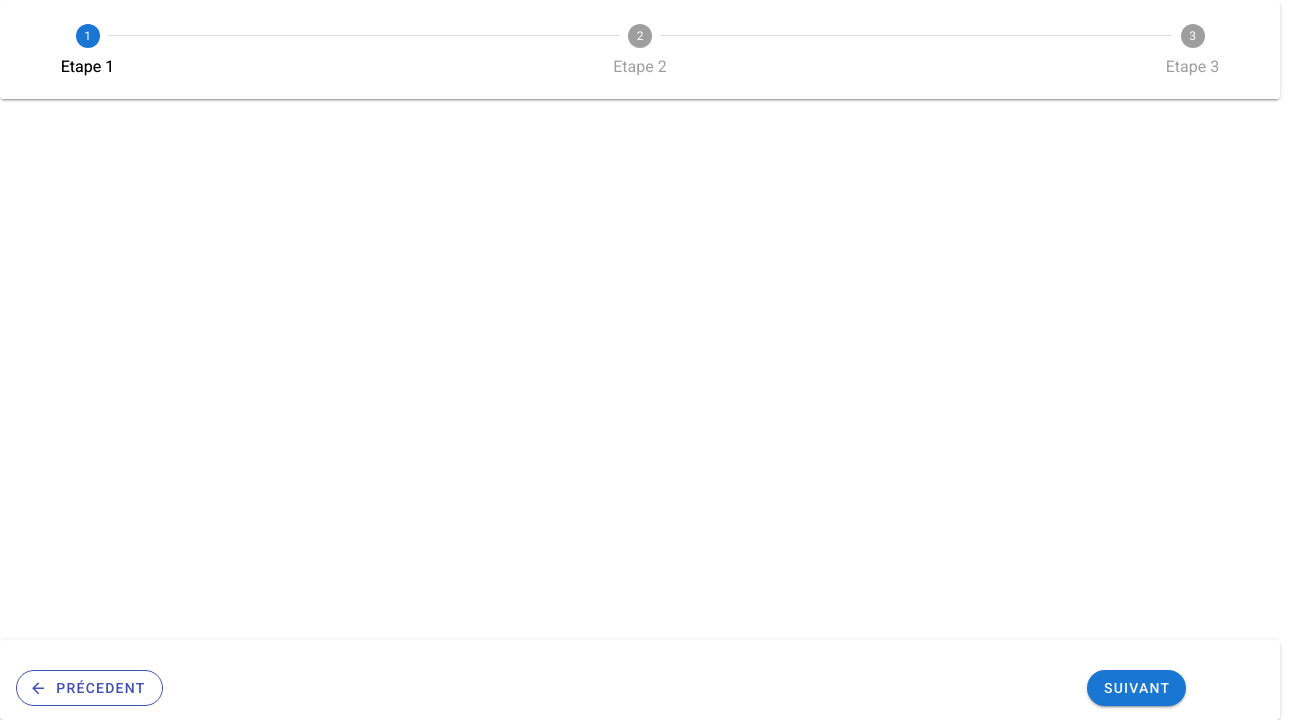
Repository: SidneyHodieb/myc
Page: /addsource
These files come from the project's save history. The page is drawn as it stood at one moment and after the next save; the edit follows.
The browser window is 1280 px wide. The page is 1292 px wide, so the pictures cover 1292 px, including what lies to the right of the window. The pictures show the whole page.
The project was rebuilt for these pictures with package versions that can differ from the ones it lists, and the page was loaded fresh each time. Also part of the build but not shown: vue.config.js, src/views/Home.vue, src/views/addSource/components/format.vue, src/views/addSource/components/card.vue, src/views/addSource/components/trigger.vue.

Above is the page before, as saved 2021-04-07 04:15:49.

### src/main.js
import Vue from 'vue'
import App from './App.vue'
import router from './router'
import store from './store'
import vuetify from './plugins/vuetify';
import vue2Dropzone from 'vue2-dropzone'
import 'vue2-dropzone/dist/vue2Dropzone.min.css'
Vue.component('vueDropzone', vue2Dropzone)

Vue.config.productionTip = false

new Vue({
  router,
  store,
  vuetify,
  render: function (h) { return h(App) }
}).$mount('#app')

### src/App.vue
<template>
  <v-app>
    <v-main>
      <router-view></router-view>
    </v-main>
  </v-app>
</template>

<script>

export default {
  name: 'App',
  data: () => ({
    //
  }),
};
</script>

### src/router/index.js
import Vue from 'vue'
import VueRouter from 'vue-router'
import Home from '../views/Home.vue'
import addSource from '../views/addSource/column'
import format from '../views/addSource/components/format'
import card from '../views/addSource/components/card'
import trigger from '../views/addSource/components/trigger'

Vue.use(VueRouter)

const routes = [
  {
    path: '/',
    name: 'Home',
    component: Home
  },
  {
    path: '/addsource',
    name: 'addSource',
    component: addSource,
    children: [
      {
        path: 'format',
        name:'format',
        component: format
      },
      {
        path: 'card',
        name:'card',
        component: card
      },
      {
        path: 'trigger',
        name:'trigger',
        component: trigger
      }
    ]
  },
  {
    path: '/about',
    name: 'About',
    // route level code-splitting
    // this generates a separate chunk (about.[hash].js) for this route
    // which is lazy-loaded when the route is visited.
    component: function () {
      return import(/* webpackChunkName: "about" */ '../views/About.vue')
    }
  }
]

const router = new VueRouter({
  mode: 'history',
  base: process.env.BASE_URL,
  routes
})

export default router

### src/views/addSource/column.vue
<template>
  <div>
    <!-- Header -->
      <v-stepper alt-labels v-model="e1">
          <v-stepper-header >
            <v-stepper-step step="1" :complete="e1 > 1">
              Etape 1
            </v-stepper-step>

            <v-divider></v-divider>

            <v-stepper-step step="2" :complete="e1 > 2">
              Etape 2
            </v-stepper-step>

            <v-divider></v-divider>

            <v-stepper-step step="3">
              Etape 3
            </v-stepper-step>
          </v-stepper-header>
        </v-stepper>

        <!-- Content -->
        <router-view></router-view>
        <!--Footer  -->

<v-card class="card-bottom">

    <v-row>
       <v-col>
       <v-btn
       class="ml-4"
      rounded
      outlined
      color="indigo"
      @click="prev"
    >
     <v-icon left>
        mdi-arrow-left
      </v-icon>
      Précedent
    </v-btn>
       </v-col>

  <v-col offset-md="8" offset-sm="8">
      <v-btn
      :disabled="e1 == 3 ? true : null "
      rounded
      color="primary"
      dark
      @click="next()"
    >
      Suivant
    </v-btn>
      </v-col>
      </v-row>
    </v-card>

  </div>
</template>

<script>
export default {
  data(){
    return{
      e1:1,
    }
  },

  methods:{
    next(){
      this.e1 = this.e1 + 1
      console.log(this.e1);
      if (this.e1 === 2) {
        this.$router.push({ name: 'card'})
      }
      if (this.e1 === 3) {
        this.$router.push({ name: 'trigger'})
      }
    },

    prev(){
      if (this.e1 != 1) {
         this.e1 = this.e1 - 1
         /* while (this.e1 !=  1) {

      } */

      }
       this.$router.go(-1)


    }
  }
}
</script>

<style lang="scss" scoped>

.card-bottom{
  position: absolute;bottom: 0;width:100%; height: 50px; padding-bottom:50px; padding-top:30px
}

</style>

Loaded but not shown: public/index.html (common file); src/store/index.js (common file); src/plugins/vuetify.js (common file)

After the next save:
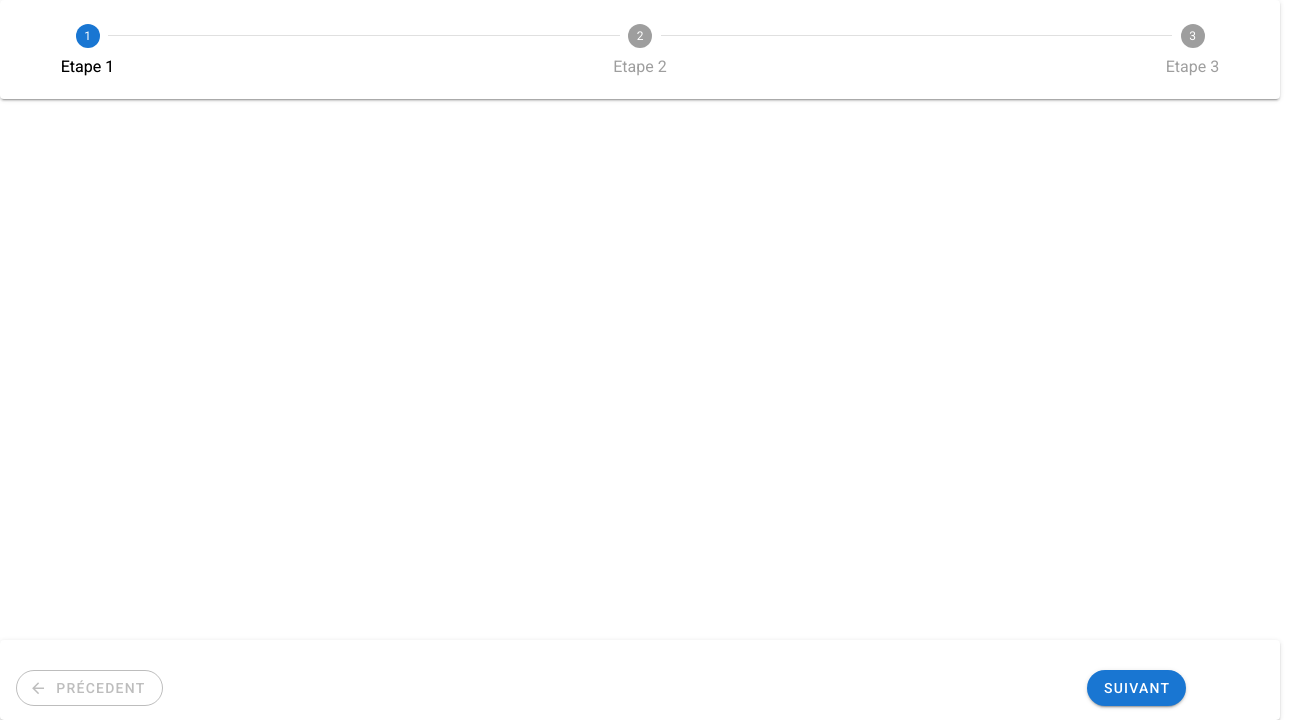
Saved 87 s later.
--- a/src/views/addSource/column.vue
+++ b/src/views/addSource/column.vue
@@ -30,6 +30,7 @@
     <v-row>
        <v-col>
        <v-btn
+       :disabled="e1 == 1 ? true : null "
        class="ml-4"
       rounded
       outlined
@@ -86,7 +87,6 @@ export default {
          /* while (this.e1 !=  1) {
 
       } */
-
       }
        this.$router.go(-1)
 
